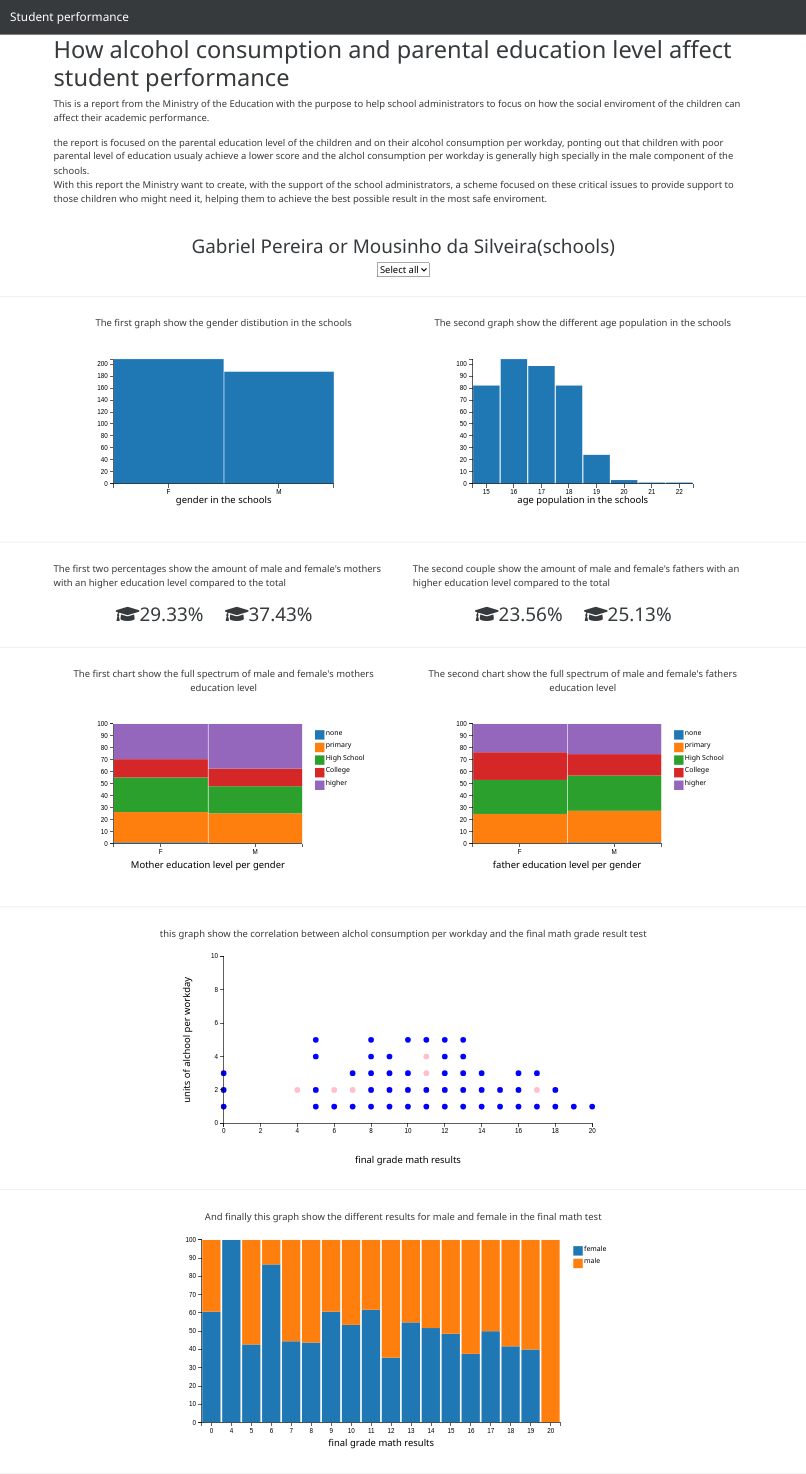
Repository: Baal89/second-milestone-project
Page: index.html
The author's editor kept a record of every edit. The page is drawn from the files as they stood at one moment, then again after the next edit.
The browser window is 1280 px wide. The pictures show the whole page, at 63% of full size.
Some web libraries are served in a nearby version.

Above is the page before.

After the next edit:
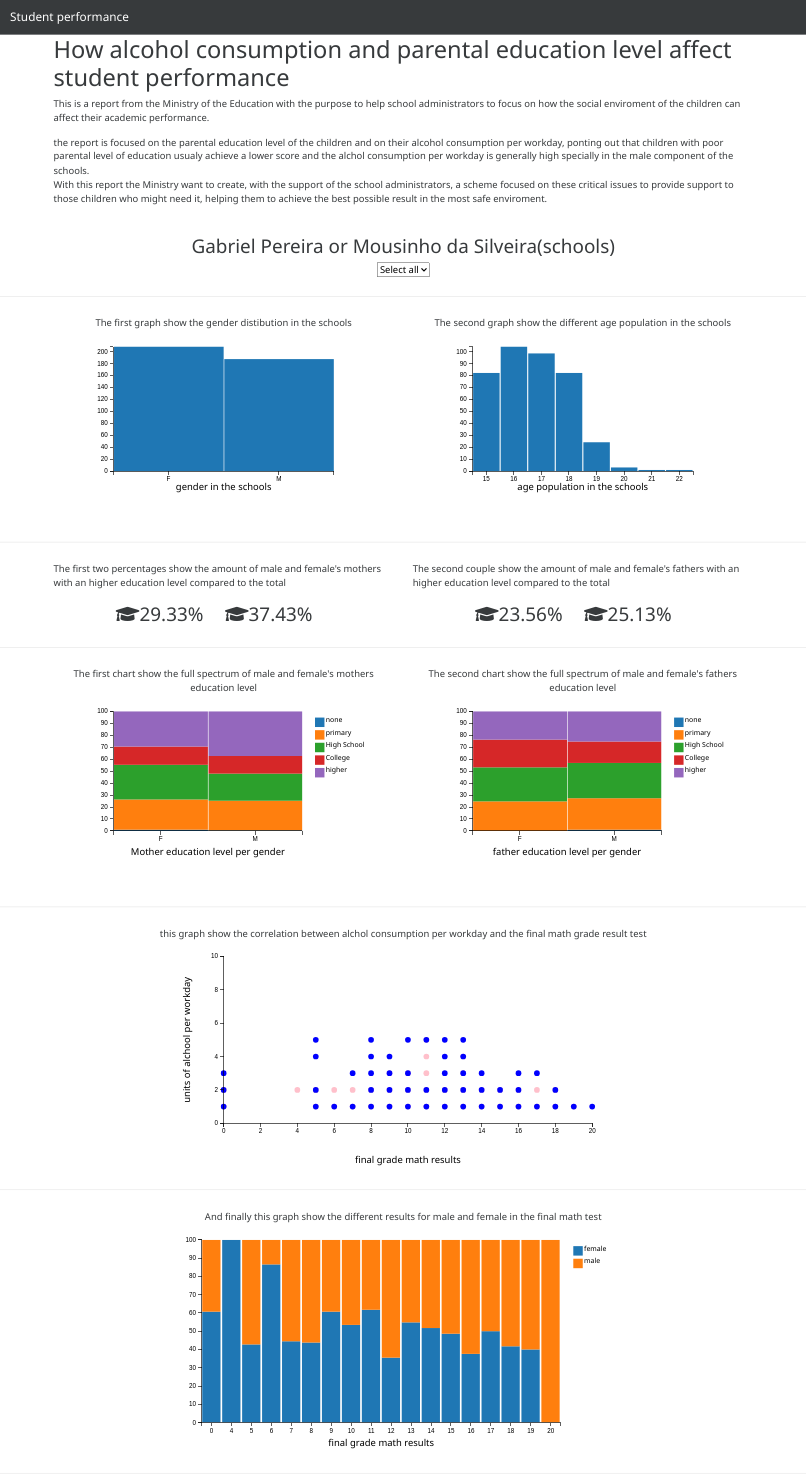
The edit:
--- a/static/css/style.css
+++ b/static/css/style.css
@@ -13,7 +13,7 @@
 }
 
 .custom-chart {
-    padding: 20px;
+    margin-bottom: 40px;
 }
 
 @media only screen and (max-width: 768px) {
